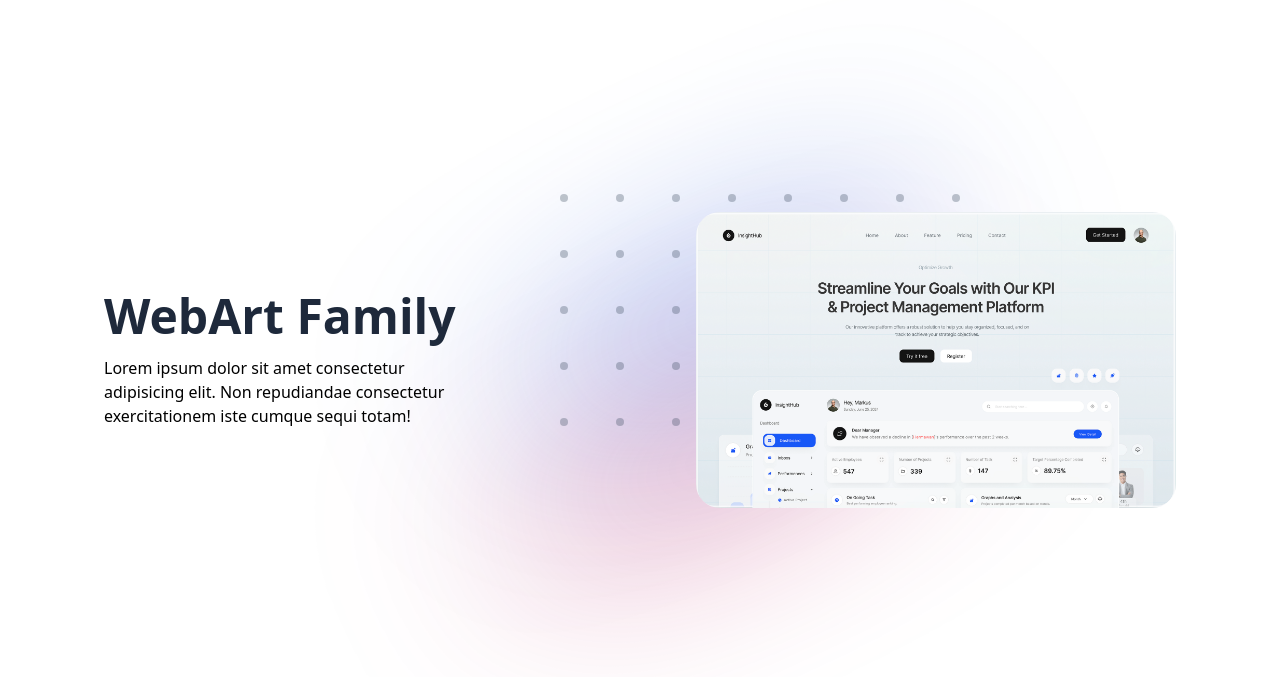
Repository: 30namp/youtube-web-art-code
Page: stunning landing page 1/index.html
An editor plug-in stored every save of this project. The page is shown before and after the next save, followed by the edit.
The browser window is 1280 px wide. The pictures show the whole page.

Above is the page before, as saved 2024-09-26 18:30:42.

After the next save:
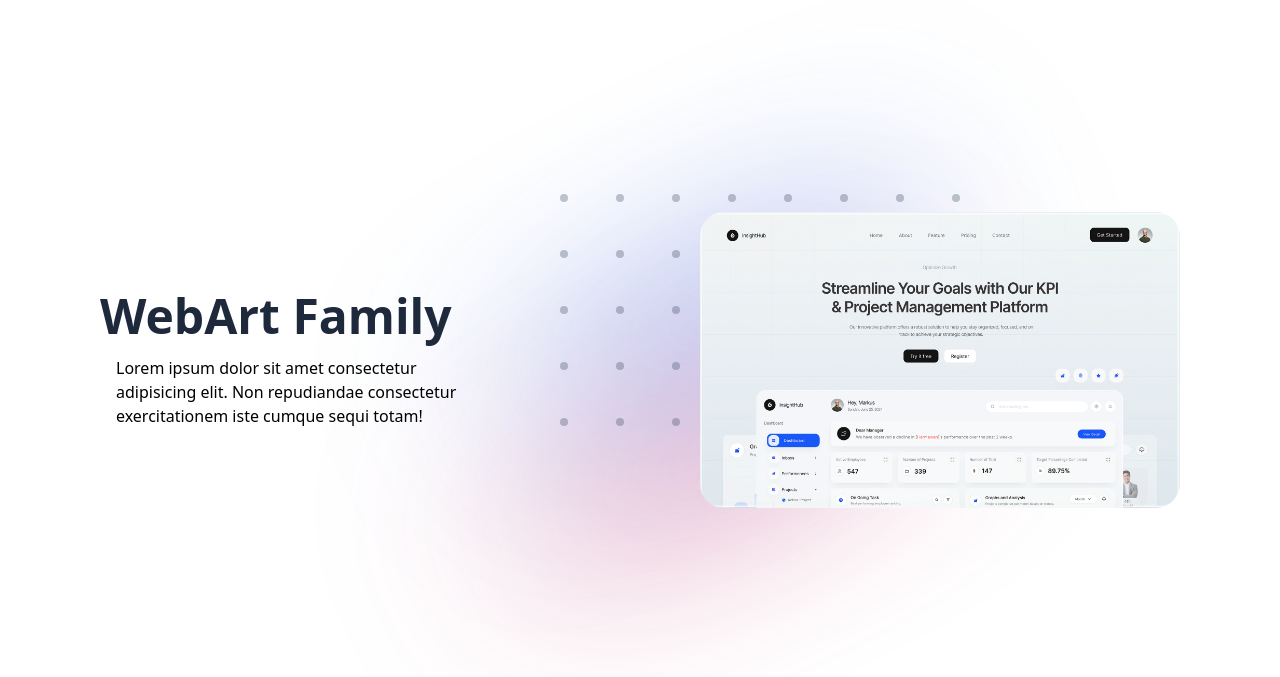
Saved 8 s later.
--- a/stunning landing page 1/index.html
+++ b/stunning landing page 1/index.html
@@ -61,7 +61,7 @@
     >
       <div class="content flex flex-col gap-4">
         <h1 class="text-5xl font-bold text-slate-800">WebArt Family</h1>
-        <div class="description w-96">
+        <div class="description ml-4 w-96">
           Lorem ipsum dolor sit amet consectetur adipisicing elit. Non
           repudiandae consectetur exercitationem iste cumque sequi totam!
         </div>
